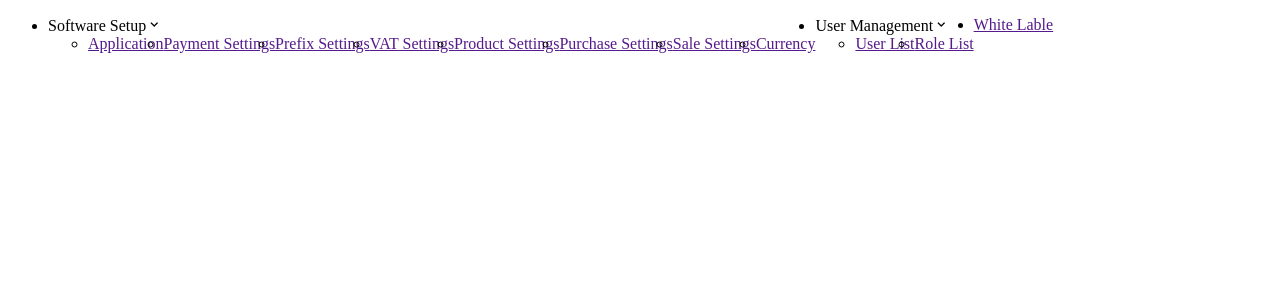
Repository: codebyaddro/pos-settings
Page: settings.html
An editor plug-in stored every save of this project. The page is shown before and after a run of saves, followed by the edit.
The browser window is 1280 px wide. The pictures show the whole page.

Above is the page before, as saved 2025-02-16 13:47:45.

After the next 2 saves:
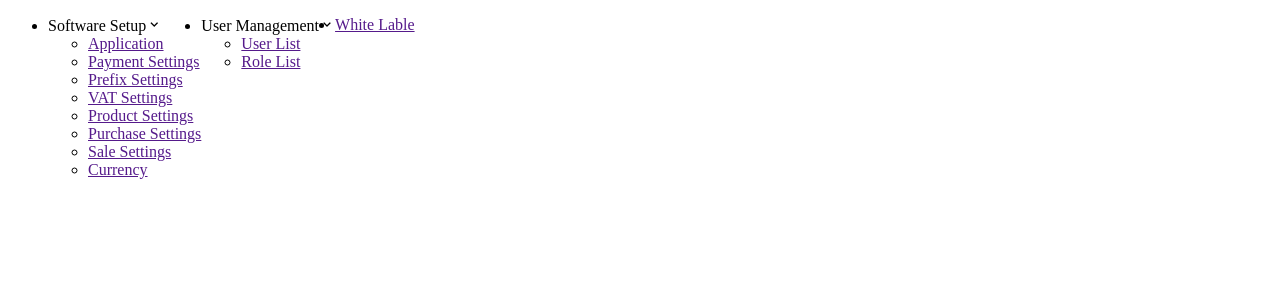
The 2 saves are shown as one change because they came seconds apart.
The last was saved 13 s later.
--- a/css/settings.css
+++ b/css/settings.css
@@ -40,6 +40,6 @@
 
 /* -- settings top menu bar style -- */
 
-.cba-settings-top-menubar ul {
+.cba-settings-top-menubar > ul {
     display: flex;
 }

After the save that followed:
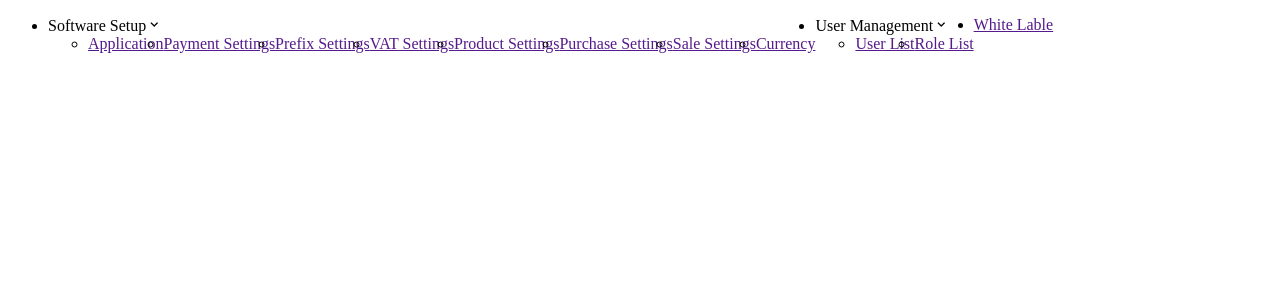
Saved 9 s later.
--- a/css/settings.css
+++ b/css/settings.css
@@ -40,6 +40,6 @@
 
 /* -- settings top menu bar style -- */
 
-.cba-settings-top-menubar > ul {
+.cba-settings-top-menubar ul {
     display: flex;
 }
